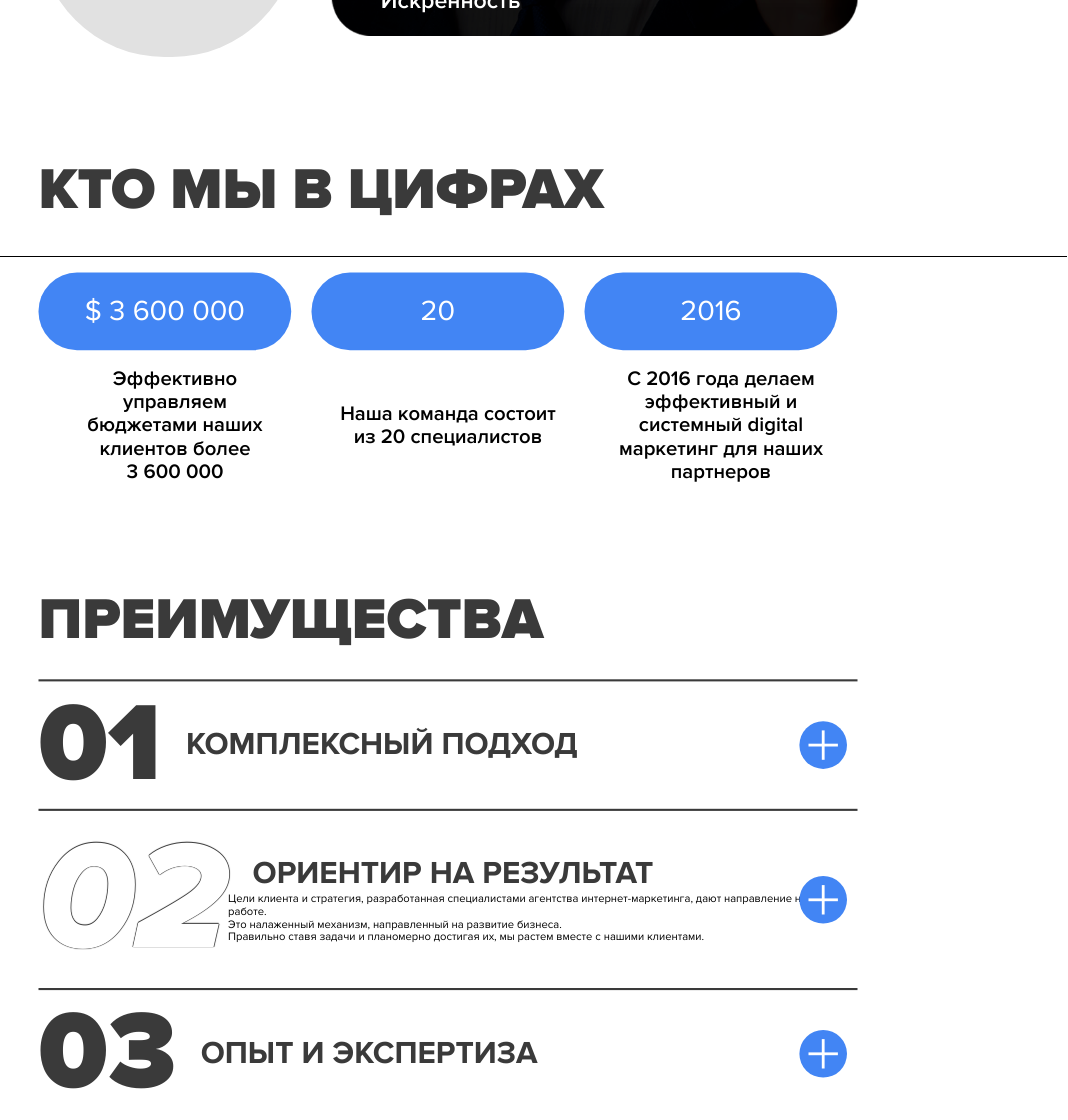
Repository: fanbear/Mnews
Page: index.html
The author's editor kept a copy of each file at every save. The page is drawn from the files as they stood at one save, then again after the next save.
The browser window is 1280 px wide. The page is 1525 px wide, so the pictures cover 1525 px, including what lies to the right of the window. The pictures show the part of the page from y = 2539 to 4139 px (the page is 4139 px tall), at 70% of full size.
Some web libraries are served in a nearby version.

Above is the page before, as saved 2022-07-26 21:15:41.

### index.html
<!DOCTYPE html>
<html lang="ua">

<head>
    <meta charset="UTF-8">
    <meta http-equiv="X-UA-Compatible" content="IE=edge">
    <meta name="viewport" content="width=device-width, initial-scale=1.0">
    <title>Document</title>
    <link rel="stylesheet" href="./css/normalize.css">
    <link rel="stylesheet" href="./css/bootstrap-grid.min.css">
    <link rel="stylesheet" href="css/critical.css">

    <link rel="stylesheet" href="https://cdnjs.cloudflare.com/ajax/libs/font-awesome/6.1.2/css/all.min.css">
    <link rel="stylesheet" href="css/main.css">

</head>

<body>
    <header class="header">
        <div class="container">
            <div class="row">
                <div class="col-xl-2">
                    <a href="/" class="header-logo">
                        <img src="./image/logotype.png" alt="Mnews" width="145" height="60">
                    </a>
                </div>
                <div class="col-xl-4"></div>
                <div class="col-xl-4"><a class="header-mail" href="mailTo:m@mnews.agency ">m@mnews.agency</a></div>
                <div class="col-xl-1 header-active">
                    <div class="header-search">
                        <img src="./image/search.png" alt="search-mnews" width="30" height="30">
                    </div>
                    <div class="header-callback">
                        <a href="tel:09966668741"><img src="./image/callback.png" width="27" height="27"
                                alt="mnews-callback"></a>
                    </div>
                </div>
                <div class="col-xl-1 header-menu">
                    <div class="header-language">
                        <a class="header-language__active" href="/">Ua</a>
                        <a href="/en">En</a>
                    </div>
                    <div class="header-menu">
                        <div class="header-menu__button">
                            <span class="circle"></span>
                            <span class="circle"></span>
                            <span class="circle"></span>
                        </div>
                        <div class="header-menu__list">
                            <ul>
                                <li><a href="/">О нас</a></li>
                                <li><a href="/">Отзывы</a></li>
                                <li><a href="/">Услуги</a></li>
                                <li><a href="/">Портфолио</a></li>
                                <li><a href="/">Клиенты</a></li>
                                <li><a href="/">Статьи</a></li>
                                <li><a href="/">Курс по Merchant Center</a></li>
                                <li><a href="/">Курсы по digital маркетингу</a></li>
                            </ul>
                        </div>
                    </div>
                </div>
            </div>
        </div>
    </header>
    <main class="main">

        <div class="container-fluid main-agency">

            <div class="main-agency__bg">
                <div class="main-agency__text">
                    <div class="container">
                        <div class="row" style="position: relative;">
                            <div class="main-agency__name">MNEWS.AGENCY</div>
                            <h1>АГЕНТСТВО <br> ИНТЕРНЕТ МАРКЕТИНГА</h1>
                            <div class="main-agency__brif">
                                <span>Обсудим Ваш проект прямо сейчас?</span>
                                <a href="/"><span>Перейти к брифу</span></a>
                            </div>
                            <div class="main-agency__network">
                                <a href="/"><i class="fa-brands fa-facebook-f"></i></a>
                                <a href="/"><i class="fa-brands fa-instagram"></i></a>
                                <a href="/"><i class="fa-brands fa-youtube"></i></a>
                                <a href="/"><i class="fa-brands fa-telegram"></i></a>
                                <a href="/"><i class="fa-brands fa-behance"></i></a>
                                <a href="/"><i class="fa-brands fa-ups"></i></a>
                            </div>
                        </div>
                    </div>
                </div>
                <img src="./image/main-page-header-bg.png" alt="mnews-agency" width="100%" height="auto">
            </div>
        </div>

        <div class="container who">
            <div class="row">
                <div class="who-text">
                    Агентство интернет маркетинга в Киеве и Харькове.
                    Как найти агентство интернет-маркетинга, чья работа будет эффективной для вашего бизнеса?
                    Почему Mnews пользуется популярностью?
                </div>
                <div class="who-title">
                    <h2>КТО МЫ?</h2>
                </div>
                <div class="who-elements">
                    <aside class="who-elements__bar">
                        <div class="who-elements__bar-items">
                            <img src="./image/who-bar-1.png" alt="Мы маркетинг-партнеры Facebook" width="228"
                                height="228">
                            <p>Мы <br> маркетинг-партнеры <br> Facebook</p>
                        </div>
                        <div class="who-elements__bar-items">
                            <img src="./image/who-bar-2.png" alt="Входим в топ-агентств digital-маркетинга Украины"
                                width="228" height="228">
                            <p>Входим в топ-агентств <br> digital-маркетинга <br> Украины</p>
                        </div>
                        <div class="who-elements__bar-items">
                            <img src="./image/who-bar-3.png" alt="Мы ведущий партнёр Google" width="228" height="228">
                            <p>Мы ведущий партнёр <br> Google</p>
                        </div>
                    </aside>
                    <div class="who-elements__items">
                        <div class="who-elements__item">
                            <img src="./image/who-elements-item-1.png" alt="НАША МИССИЯ" width="751" height="579">
                            <p>НАША МИССИЯ</p>
                            <span>Способствовать развитию бизнеса</span>
                        </div>
                        <div class="who-elements__item item-white">
                            <img src="./image/who-elements-item-2.png" alt="НАШИ ЦЕННОСТИ" width="751" height="579">
                            <p>НАШИ ЦЕННОСТИ</p>
                            <span>Искренность</span>
                        </div>

                    </div>
                </div>
                <div class="who-digit">
                    <div class="who-digit__title">КТО МЫ В ЦИФРАХ</div>
                    <div class="who-digit__wrapper">
                        <div class="who-digit-item">
                            <lable><span>$ 3 600 000</span></lable>
                            <p>Эффективно управляем бюджетами наших клиентов более <br> 3 600 000</p>
                        </div>
                        <div class="who-digit-item">
                            <lable><span>20</span></lable>
                            <p>Наша команда состоит из 20 специалистов</p>
                        </div>
                        <div class="who-digit-item">
                            <lable><span>2016</span></lable>
                            <p>С 2016 года
                                делаем эффективный
                                и системный
                                digital маркетинг для наших партнеров</p>
                        </div>
                    </div>
                </div>
            </div>
        </div>
        <div class="container benefits">
            <div class="row">
                <div class="benefits-title">ПРЕИМУЩЕСТВА</div>
                <div class="benefits-tab__wrapper">
                    <div class="benefint-tab__item">
                        <div class="benefint-tab__item-head">
                            <div class="col-lg-12">
                                <p>01</p>
                            </div>
                        </div>
                        <div class="benefint-tab__item-body">
                            <p>КОМПЛЕКСНЫЙ ПОДХОД</p>
                        </div>
                        <div class="benefint-tab__item-button">
                            <span class="benefint-tab__item-horizontal"></span>
                            <span class="benefint-tab__item-vertical"></span>
                        </div>
                    </div>
                    <div class="benefint-tab__item benefint-tab__item-active">
                        <div class="benefint-tab__item-head">
                            <p>02</p>
                        </div>
                        <div class="benefint-tab__item-body">
                            <p>ОРИЕНТИР НА РЕЗУЛЬТАТ</p>
                            <div class="item-body__text">
                                Цели клиента и стратегия, разработанная специалистами агентства интернет-маркетинга,
                                дают направление нашей работе.
                                <br>
                                Это налаженный механизм, направленный на развитие бизнеса.
                                <br>
                                Правильно ставя задачи и планомерно достигая их, мы растем вместе с нашими клиентами.

                            </div>
                        </div>
                        <div class="benefint-tab__item-button">
                            <span class="benefint-tab__item-horizontal"></span>
                            <span class="benefint-tab__item-vertical"></span>
                        </div>
                    </div>
                    <div class="benefint-tab__item">
                        <div class="benefint-tab__item-head">
                            <div class="col-lg-12">
                                <p>03</p>
                            </div>
                        </div>
                        <div class="benefint-tab__item-body">
                            <p>ОПЫТ И ЭКСПЕРТИЗА</p>
                        </div>
                        <div class="benefint-tab__item-button">
                            <span class="benefint-tab__item-horizontal"></span>
                            <span class="benefint-tab__item-vertical"></span>
                        </div>
                    </div>
                </div>
            </div>
        </div>


    </main>
    <footer class="footer">

        <script src="/js/bootstrap.min.js"></script>
        <script src="js/menu.js"></script>
        <script src="js/main.js"></script>
        <script src="https://kit.fontawesome.com/97e5db9e95.js" crossorigin="anonymous"></script>

    </footer>
</body>

</html>

### css/critical.css
@import 'settings.css';


.container {
    max-width: 1170px;
}

.container-fluid {
    padding: 0;
}

a {
    text-decoration: none;
    padding: 0;
    margin: 0;
}

p {
    padding: 0;
    margin: 0;
}

ul {
    padding: 0;
    margin: 0;
}

body {
    font-family: "ProximaNova";
}

/* Header style **********************
***************************************/
header {
    height: 90px;
    display: flex;
    justify-content: center;
    align-items: center;
}

.header-mail {
    display: flex;
    align-items: center;
    justify-content: center;
    height: 100%;
    color: var(--main-text-color);
    font-size: var(--standart-text-size);
    font-weight: bold;

}

.header-active {
    display: flex;
    align-items: center;
    justify-content: space-between;
}

.header-menu {
    display: flex;
    justify-content: space-between;
}

.header-language {
    display: flex;
    height: 100%;
    flex-direction: column;
    justify-content: center;
    margin-left: -10px;
}

.header-language a {
    font-size: 16px;
    color: var(--main-text-color);
    display: flex;
    justify-content: flex-end;
    font-weight: 200;
}

.header-language .header-language__active {
    font-size: 20px;
    color: #4285f4;
    display: flex;
    justify-content: flex-end;
    font-weight: bold;
}

.header-menu {
    position: relative;
}

.header-menu__button {
    display: flex;
    align-items: center;
    flex-direction: row;
    cursor: pointer;
    animation: menu-close 0.8s
}

.header-menu__button span {
    width: 10px;
    height: 10px;
    background: black;
    border-radius: 6px;
    margin: 0 1px;
}

.header-menu__button-active {
    justify-content: center;
    animation: menu-open 0.8s;
    flex-direction: column;
}

.header-menu__button-active span {
    background: #4285f4;
    transition: 0.4s;
    margin: 1px 0;
}




.header-menu__list {
    opacity: 0;
    position: absolute;
    top: -400px;
    right: -300px;
    background: var(--color-darkgrey);
    padding: 12px 15px 19px 29px;
    z-index: 9999;
    width: 190px;
    border-radius: 30px 0 30px 30px;
    animation: list-close 0.6s
}

.header-menu__list ul {
    text-align: right;
    margin: 0;
    padding: 0;
}

.header-menu__list ul li {
    list-style: none;
    padding: 5px 0;
}

.header-menu__list ul li a {
    text-decoration: none;
    white-space: nowrap;
    color: white;
    font-size: 16px;
    line-height: 12.5px;
}

.header-menu__list-active {
    opacity: 1;
    top: 90px;
    right: 0;
    animation: list-open 0.8s
}

@keyframes menu-open {
    0% {

        transform: scale(0);
    }

    100% {

        transform: scale(1);

    }
}

@keyframes menu-close {
    0% {

        transform: scale(0);
    }

    100% {

        transform: scale(1);
    }
}

@keyframes list-open {
    0% {
        top: -400px;
        right: -300px;
        transform: scale(0);
    }

    50% {
        top: -200px;
        right: -150px;
        transform: scale(0.5);
    }

    100% {
        top: 90px;
        right: 0;
        transform: scale(1);
    }
}

@keyframes list-close {
    0% {
        top: 90px;
        right: 0px;
        transform: scale(1);
        opacity: 1;
    }

    50% {
        top: -200px;
        right: -150px;
        transform: scale(0.5);
        opacity: 0.5;
    }

    100% {
        top: -400px;
        right: -300px;
        transform: scale(0);
        opacity: 0;
    }
}

/* Home page ******************************
********************************* */

.main-agency__bg {
    width: 100%;
    display: flex;
    height: auto;
    position: relative;
    margin-top: 5px;
    padding: 0;
}

.main-agency__text {
    position: absolute;
    display: flex;
    width: 100%;
}

.main-agency__name {
    margin-top: 190px;
    font-size: var(--medium-text-size);
    color: var(--main-text-color);
    font-weight: bold;
}

.main-agency__text h1 {
    color: white;
    margin-top: 60px;
    font-size: var(--big-text-size);
    font-weight: bold;
}

.main-agency__brif {
    margin-top: 257px;
    padding: 20px 23px 20px 68px;
    background: var(--color-darkgrey);
    border-radius: 55px;
    display: flex;
    align-items: center;
    justify-content: space-between;
}

.main-agency__brif span {
    color: white;
    font-size: var(--minimal-text-size);
    text-transform: uppercase;
}

.main-agency__brif a {
    padding: 20px 58px;
    border-radius: 34px;
    background: var(--color-blue);
    font-size: var(--medium-text-size);
    display: flex;
    color: white;
    font-weight: bold;
    text-transform: uppercase;
}

.main-agency__network {
    display: flex;
    flex-direction: column;
    align-items: flex-end;
    justify-content: center;
    position: absolute;
    right: 0;
    top: calc(50% - 26px * 6)
}

.main-agency__network a {
    display: flex;
    justify-content: center;
    width: 36px;
    margin: 6px 0;
}

.main-agency__network a i {
    font-size: 30px;
    color: var(--main-text-color);
    transition: 0.4s;
}

.main-agency__network a:nth-child(3) i {
    color: white;
}

.main-agency__network a i:hover {
    font-size: 40px;
    transition: 0.4s;
}


@font-face {
    font-family: "ProximaNova";
    src: url("../fonts/ProximaNova-Regular.ttf") format("truetype");
    font-style: normal;
    font-weight: 400;
}


@font-face {
    font-family: "ProximaNova";
    src: url("../fonts/ProximaNova-Bold.ttf") format("truetype");
    font-style: normal;
    font-weight: 600;
}

@font-face {
    font-family: "ProximaNova";
    src: url("../fonts/ProximaNova-Semibold.ttf") format("truetype");
    font-style: normal;
    font-weight: 500;
}

@font-face {
    font-family: "ProximaNova";
    src: url("../fonts/ProximaNova-Light.ttf") format("truetype");
    font-style: normal;
    font-weight: 200;
}

@font-face {
    font-family: "ProximaNova";
    src: url("../fonts/ProximaNova-Black.ttf") format("truetype");
    font-style: normal;
    font-weight: 800;
}

@font-face {
    font-family: "ProximaNova";
    src: url("../fonts/ProximaNova-ExtrabldIt.ttf") format("truetype");
    font-style: normal;
    font-weight: 700;
}

### css/main.css
/* .main {
    display: flex;
    flex-direction: column;
} */
/* html {
    overflow-x: hidden;
} */


img {
    max-width: 100%;
    display: block;
}

/* Who main page *********************************
************************************************** */
.who {
    display: flex;
    flex-direction: column;
    width: 100%;
}

.who-text {
    margin: 12px 0 108px 0;
    width: 80%;
    font-size: 41px;
    color: var(--main-text-color);
    font-weight: 500;
}

.who-title h2 {
    font-size: var(--big-text-size);
    color: var(--main-text-color);
    font-size: 800;
}

.who-elements {
    display: flex;
    justify-content: space-between;
}

.who-elements__bar {
    max-width: 361px;
    display: flex;
    flex-direction: column;
    justify-content: space-between;
    align-items: center;
    background-color: #e1e1e1;
    padding: 78px 25px;
    border-radius: 180px;

}

.who-elements__bar-items {
    display: flex;
    flex-direction: column;
    justify-content: center;
    align-items: center;
    margin: 9px;
}

.who-elements__bar-items p {
    text-align: center;
    margin-top: 15px;
    font-size: var(--minimal-text-size);
    font-weight: 500;
    color: var(--main-text-color);
}

.who-elements__item {
    position: relative;
    padding: 30px 0;
}

.who-elements__item p {
    font-size: var(--medium-text-size);
    color: var(--main-text-color);
    font-weight: 600;
    position: absolute;
    bottom: 100px;
    left: 70px;
}

.who-elements__item span {
    font-size: var(--standart-text-size);
    color: var(--main-text-color);
    position: absolute;
    font-weight: 500;
    bottom: 60px;
    left: 70px;
}

.who-elements__items .item-white p,
.who-elements__items .item-white span {
    color: white;
}

.who-digit {
    margin-top: 142px;
}

.who-digit__title {
    font-size: var(--big-text-size);
    color: var(--main-text-color);
    font-weight: 800;
}

.who-digit__wrapper {
    display: flex;
    justify-content: space-between;
    margin-top: 71px;
}

.who-digit-item {
    width: calc(100% / 3);
    height: 300px;
}

.who-digit-item lable {
    display: flex;
    justify-content: center;
    align-items: center;
    font-size: 41px;
    color: white;
    background-color: #4285f4;
    max-width: 361px;
    min-height: 111px;
    border-radius: 55px;
}

.who-digit__wrapper .who-digit-item p {
    font-size: var(--minimal-text-size);
    font-weight: 500;
    width: 80%;
    margin: 32px auto 0 auto;
    display: flex;
    align-items: center;
    height: 100%;
    text-align: center;
    height: 150px;
}

.digit-animation-0 {
    animation: typing 3.5s steps(60, end), blink-caret .7s step-end infinite;
    overflow: hidden;
    white-space: nowrap;
    text-align: center;
}

.digit-animation-1 {
    animation: typing 5s steps(30, end), blink-caret .7s step-end infinite;
    overflow: hidden;
    white-space: nowrap;
    text-align: center;
}

.digit-animation-2 {
    animation: typing 5s steps(30, end), blink-caret .7s step-end infinite;
    overflow: hidden;
    white-space: nowrap;
    text-align: center
}

@keyframes digit-animation {
    0% {
        transform: scale(1);
    }

    50% {
        transform: scale(0.95);
    }

    100% {
        transform: scale(1);
    }
}

@keyframes typing {
    from {
        width: 0
    }

    to {
        width: 100%
    }
}

@keyframes blink-caret {
    from, to {
        border-color: transparent
    }

    50% {
        border-color: orange
    }
}

/* Benefits main page ******************
******************************************/
.benefits {
    margin-top: 149px;
}

.benefits-title {
    font-size: var(--big-text-size);
    color: var(--main-text-color);
    font-weight: 800;
}

.benefits-tab__wrapper {
    margin-top: 37px;
}

.benefint-tab__item {
    border-top: 3px solid var(--main-text-color);
    display: flex;
    align-items: center;
    position: relative;
}

.benefint-tab__item-head p {
    font-size: 158px;
    font-weight: 800;
    color: var(--main-text-color)
}

.benefint-tab__item-body p {
    font-size: 45px;
    font-weight: 600;
    color: var(--main-text-color);
    margin-left: 35px;
}

.benefint-tab__item-button {
    width: 68px;
    height: 68px;
    border-radius: 50%;
    background-color: var(--color-blue);
    position: absolute;
    right: 15px;
    top: calc(50% - 34px);
    display: flex;
    justify-content: center;
    align-items: center;
    cursor: pointer;
}

.benefint-tab__item-horizontal {
    width: 4px;
    height: 42px;
    background-color: white;
}

.benefint-tab__item-vertical {
    width: 42px;
    height: 4px;
    background-color: white;
    position: absolute;
}

.benefint-tab__item-active .benefint-tab__item-head p {
    text-shadow: 1px 0 1px var(--main-text-color),
        0 1px 1px var(--main-text-color),
        -1px 0 1px var(--main-text-color),
        0 -1px 1px var(--main-text-color);
    color: white;
    font-size: 220px;
    font-weight: 700;
    font-style: italic;
}

### js/menu.js
document.addEventListener('DOMContentLoaded', () => {
    const menuBtn = document.querySelector('.header-menu__button');
    const list = document.querySelector('.header-menu__list');

    const menuToggle = () => {
        list.classList.toggle('header-menu__list-active');
        menuBtn.classList.toggle('header-menu__button-active');
        return 0;

    }


    menuBtn.addEventListener('click', () => {
        menuToggle();
    })
})

### css/settings.css
:root {
    /* color */
    --main-text-color: #3a3a3a;
    --color-darkgrey: #3a3a3a;
    --color-blue: #4285f4;
    /* font-size */
    --minimal-text-size: 29px;
    --standart-text-size: 33px;
    --medium-text-size: 63px;
    --big-text-size: 83px;
}

/* :text {

} */

Loaded but not shown: css/normalize.css (library); css/bootstrap-grid.min.css (library); js/bootstrap.min.js (library); js/main.js (27 lines, source omitted)

After the next save:
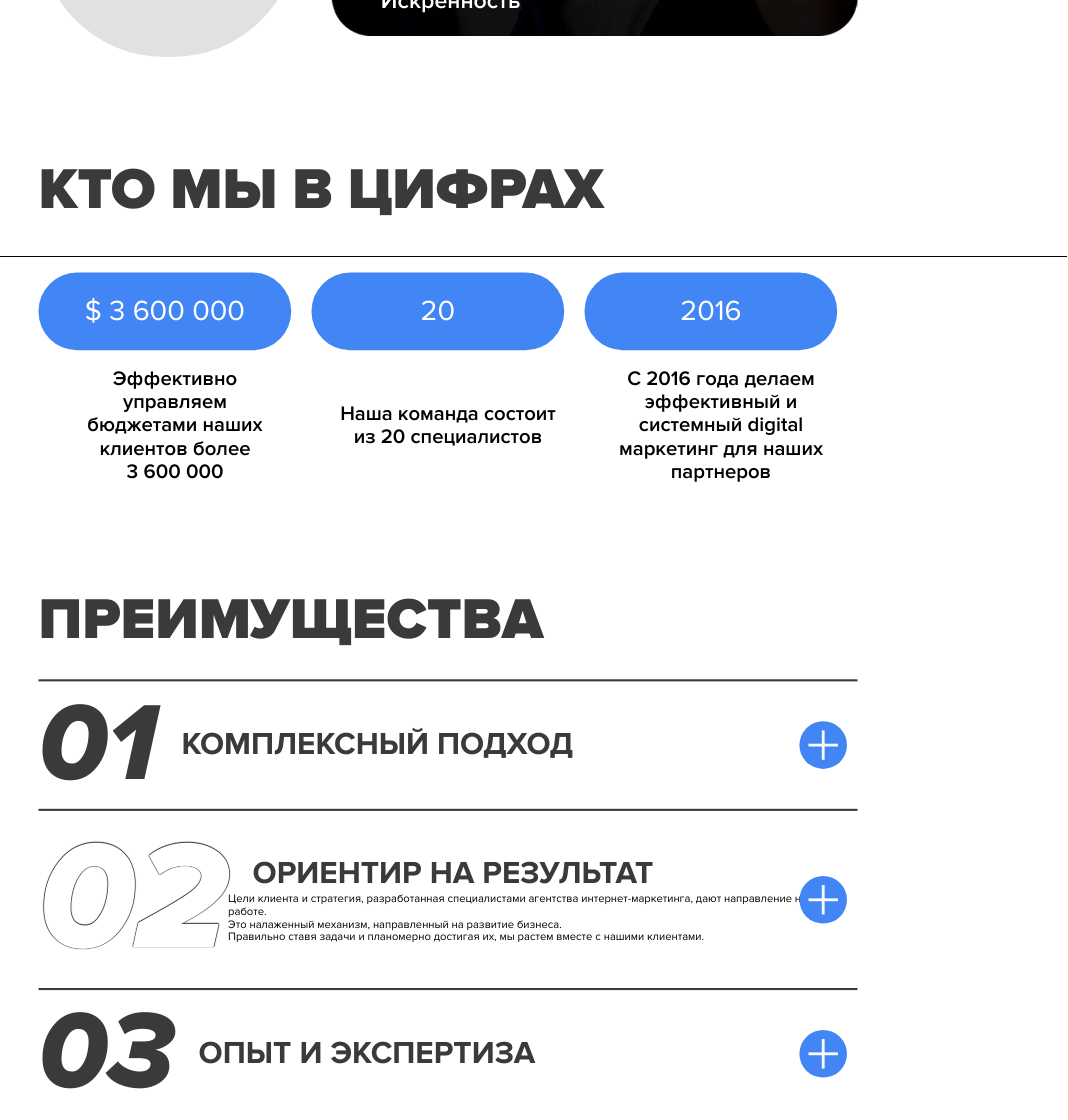
Saved 18 s later.
--- a/css/main.css
+++ b/css/main.css
@@ -220,8 +220,9 @@
 
 .benefint-tab__item-head p {
     font-size: 158px;
-    font-weight: 800;
-    color: var(--main-text-color)
+    color: var(--main-text-color);
+    font-weight: 700;
+    font-style: italic;
 }
 
 .benefint-tab__item-body p {
@@ -265,6 +266,5 @@
         0 -1px 1px var(--main-text-color);
     color: white;
     font-size: 220px;
-    font-weight: 700;
-    font-style: italic;
-}
+
+}
